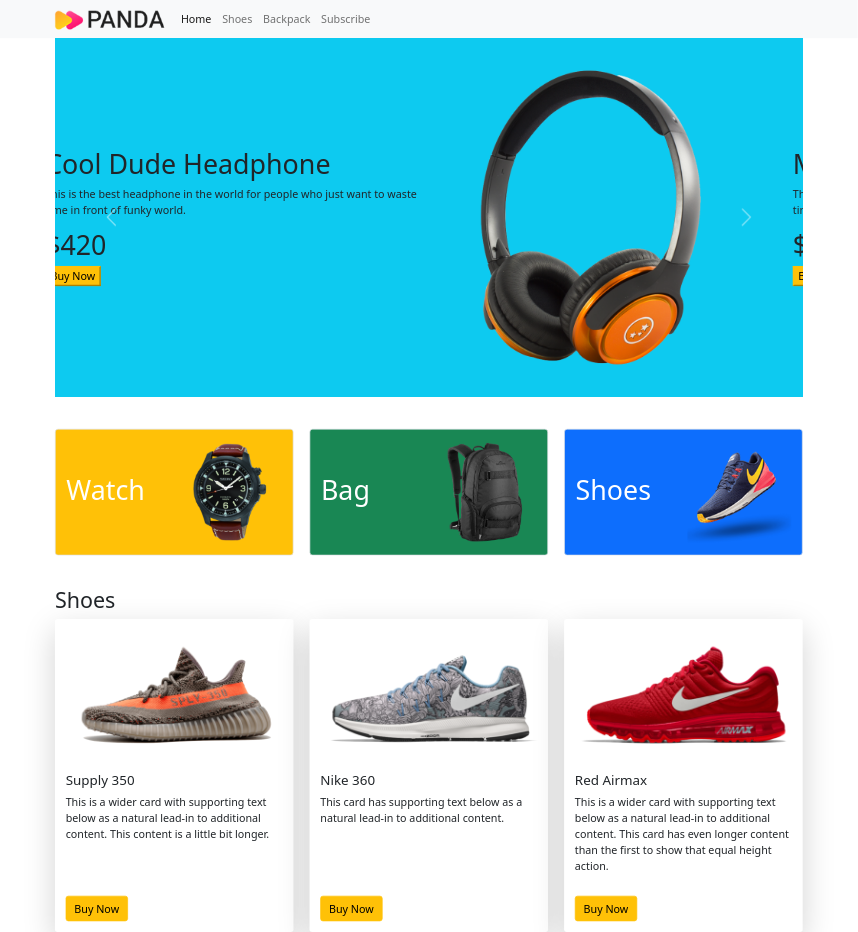
Repository: mdmohiddin/panda-commerce-rp
Page: index.html
An editor plug-in stored every save of this project. The page is shown before and after the next save, followed by the edit.
The browser window is 1280 px wide. The pictures show the whole page, at 67% of full size.

Above is the page before, as saved 2021-07-28 18:45:29.

### index.html
<!DOCTYPE html>
<html lang="en">
<head>
    <meta charset="UTF-8">
    <meta http-equiv="X-UA-Compatible" content="IE=edge">
    <meta name="viewport" content="width=device-width, initial-scale=1.0">
    <title>panda-commerce</title>
    <!-- Bootstrap Stylesheet -->
    <link href="https://cdn.jsdelivr.net/npm/bootstrap@5.0.2/dist/css/bootstrap.min.css" rel="stylesheet" integrity="sha384-EVSTQN3/azprG1Anm3QDgpJLIm9Nao0Yz1ztcQTwFspd3yD65VohhpuuCOmLASjC" crossorigin="anonymous">

</head>
<body>
    <!-- header star -->
    <header>
        <nav class="navbar navbar-expand-lg navbar-light bg-light">
            <div class="container">
              <a class="navbar-brand" href="#">
                <img src="images/logo.png" alt="">
              </a>
              <button class="navbar-toggler" type="button" data-bs-toggle="collapse" data-bs-target="#navbarSupportedContent" aria-controls="navbarSupportedContent" aria-expanded="false" aria-label="Toggle navigation">
                <span class="navbar-toggler-icon"></span>
              </button>
              <div class="collapse navbar-collapse" id="navbarSupportedContent">

                <ul class="navbar-nav me-auto mb-2 mb-lg-0">

                    <li class="nav-item">
                    <a class="nav-link active" aria-current="page" href="#">Home</a>
                  </li>

                  <li class="nav-item">
                    <a class="nav-link" href="#">Shoes</a>
                  </li>

                  <li class="nav-item">
                    <a class="nav-link" href="#">Backpack</a>
                  </li>

                  <li class="nav-item">
                    <a class="nav-link" href="#">Subscribe</a>
                  </li>

                </ul>
              </div>
            </div>
          </nav>

          <!-- image slider -->
          <section class="container">
            <div id="carouselExampleControls" class="carousel slide" data-bs-ride="carousel">

                <div class="carousel-inner">

                    <div class="carousel-item active">

                        <div class="row bg-info p-5 d-flex align-items-center">
                            <div class="col-lg-7">
                                <h1>Cool Dude Headphone</h1>
                                <p>This is the best headphone in the world for people who just want to waste time in front of funky world.</p>
                                <h1>$420</h1>
                                <button class="btn-warning">Buy Now</button>
                            </div>
                            <div class="col-lg-5">
                                <img src="images/banner-images/headphone.png" class="d-block w-100" alt="...">
                            </div>
                        </div>
                  </div>

                  <div class="carousel-item">
                    <div class="row bg-info p-5 d-flex align-items-center">
                        <div class="col-lg-7">
                            <h1>Mega LCD TV For Sports</h1>
                            <p>This is the best headphone in the world for people who just want to waste time in front of funky world.</p>
                            <h1>$420</h1>
                            <button class="btn-warning">Buy Now</button>
                        </div>
                        <div class="col-lg-5">
                            <img src="images/banner-images/tv.png" class="d-block w-100" alt="...">
                        </div>
                    </div>
                  </div>

                  <div class="carousel-item">
                    <div class="row bg-info p-5 d-flex align-items-center">
                        <div class="col-lg-7">
                            <h1>X-Box for your living room</h1>
                            <p>This is the best headphone in the world for people who just want to waste time in front of funky world.</p>
                            <h1>$600</h1>
                            <button class="btn-warning">Buy Now</button>
                        </div>
                        <div class="col-lg-5">
                            <img src="images/banner-images/xbox.png" class="d-block w-100" alt="...">
                        </div>
                    </div>
                  </div>
                </div>
                <button class="carousel-control-prev" type="button" data-bs-target="#carouselExampleControls" data-bs-slide="prev">
                  <span class="carousel-control-prev-icon" aria-hidden="true"></span>
                  <span class="visually-hidden">Previous</span>
                </button>
                <button class="carousel-control-next" type="button" data-bs-target="#carouselExampleControls" data-bs-slide="next">
                  <span class="carousel-control-next-icon" aria-hidden="true"></span>
                  <span class="visually-hidden">Next</span>
                </button>
              </div>
          </section>
    </header>
    <!-- header end -->

    <main>
        <!-- catergories -->
        <section class="container my-5">
                <div class="row g-4">

                  <div class="col-lg-4 col-md-6 col-12">
                    <div class="p-3 border bg-warning d-flex align-items-center d-flex justify-content-between rounded-3">
                        <h1 class="text-white">Watch</h1>
                        <img src="images/categories/watch.png" alt="">
                    </div>
                  </div>

                  <div class="col-lg-4 col-md-6 col-12">
                    <div class="p-3 border bg-success d-flex align-items-center d-flex justify-content-between rounded-3">
                        <h1 class="text-white">Bag</h1>
                        <img src="images/categories/bag.png" alt="">
                    </div>
                  </div>

                  <div class="col-lg-4 col-md-6 col-12">
                    <div class="p-3 border bg-primary d-flex align-items-center d-flex justify-content-between rounded-3">
                        <h1 class="text-white">Shoes</h1>
                        <img src="images/categories/shoes.png" alt="">
                    </div>
                  </div>
                </div>
        </section>

        <!-- Shoes -->
        <section class="container">
            <h2>Shoes</h2>
            <div class="row row-cols-1 row-cols-md-3 g-4">

                <div class="col">
                  <div class="card h-100 border-0 shadow-lg">
                    <img src="images/shoes/shoe-1.png" class="card-img-top" alt="...">
                    <div class="card-body">
                      <h5 class="card-title">Supply 350</h5>
                      <p class="card-text">This is a wider card with supporting text below as a natural lead-in to additional content. This content is a little bit longer.</p>
                    </div>
                    <div class="m-3">
                     <button class="btn btn-warning">Buy Now</button>
                    </div>
                  </div>
                </div>

                <div class="col">
                  <div class="card h-100 border-0 shadow-lg">
                    <img src="images/shoes/shoe-2.png" class="card-img-top" alt="...">
                    <div class="card-body">
                      <h5 class="card-title">Nike 360</h5>
                      <p class="card-text">This card has supporting text below as a natural lead-in to additional content.</p>
                    </div>
                    <div class="m-3">
                      <button class="btn btn-warning">Buy Now</button>
                    </div>
                  </div>
                </div>

                <div class="col">
                  <div class="card h-100 border-0 shadow-lg">
                    <img src="images/shoes/shoe-3.png" class="card-img-top" alt="...">
                    <div class="card-body">
                      <h5 class="card-title">Red Airmax</h5>
                      <p class="card-text">This is a wider card with supporting text below as a natural lead-in to additional content. This card has even longer content than the first to show that equal height action.</p>
                    </div>
                    <div class="m-3">
                     <button class="btn btn-warning">Buy Now</button>
                    </div>
                  </div>
                </div>
              </div>
        </section>
    </main>
    <footer>

    </footer>

    <!-- Bootstrap JS -->
    <script src="https://cdn.jsdelivr.net/npm/bootstrap@5.0.2/dist/js/bootstrap.bundle.min.js" integrity="sha384-MrcW6ZMFYlzcLA8Nl+NtUVF0sA7MsXsP1UyJoMp4YLEuNSfAP+JcXn/tWtIaxVXM" crossorigin="anonymous"></script>
</body>
</html>

After the next save:
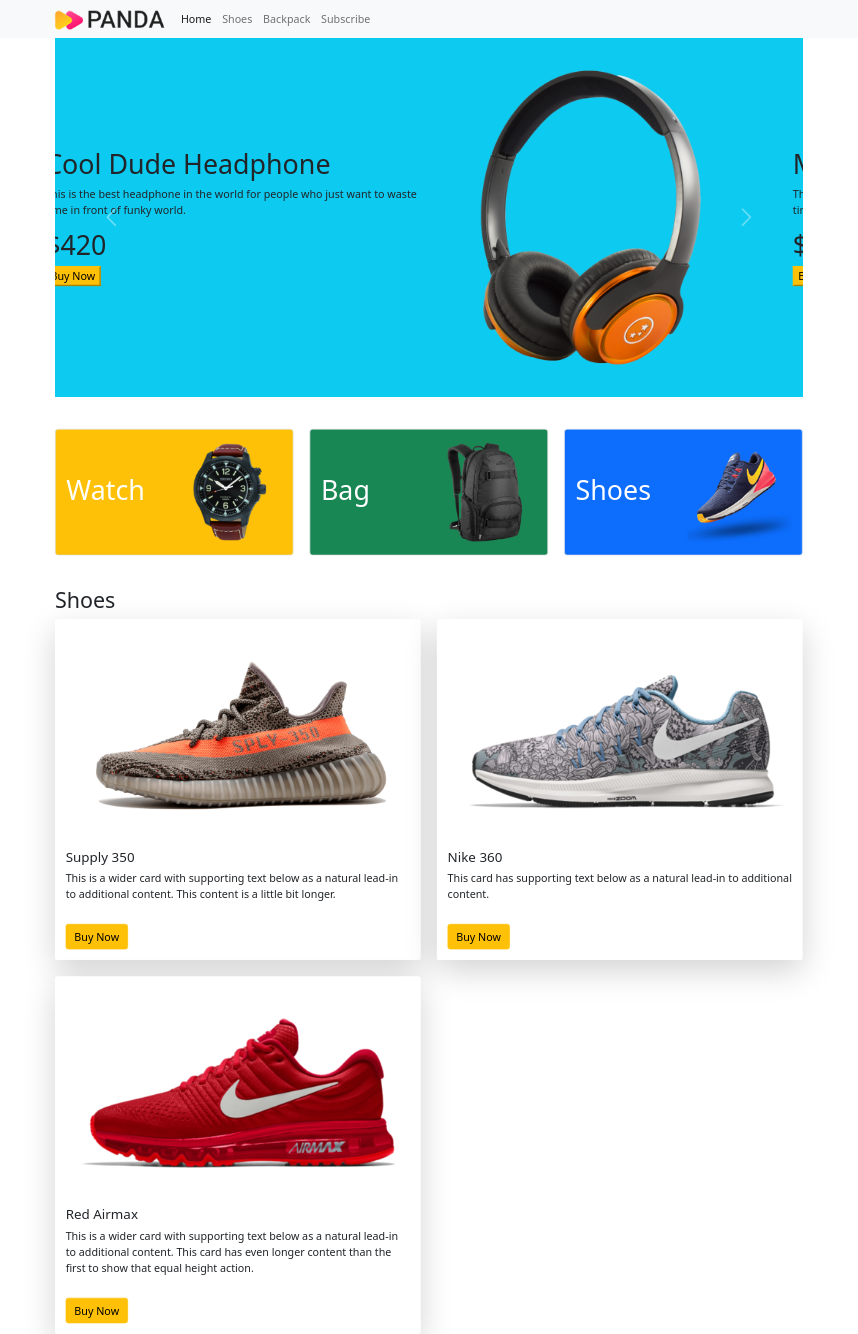
Saved 2 min 29 s later.
--- a/index.html
+++ b/index.html
@@ -138,7 +138,7 @@
         <!-- Shoes -->
         <section class="container">
             <h2>Shoes</h2>
-            <div class="row row-cols-1 row-cols-md-3 g-4">
+            <div class="row row-cols-1 row-cols-md-2 g-4">
 
                 <div class="col">
                   <div class="card h-100 border-0 shadow-lg">

After the save that followed:
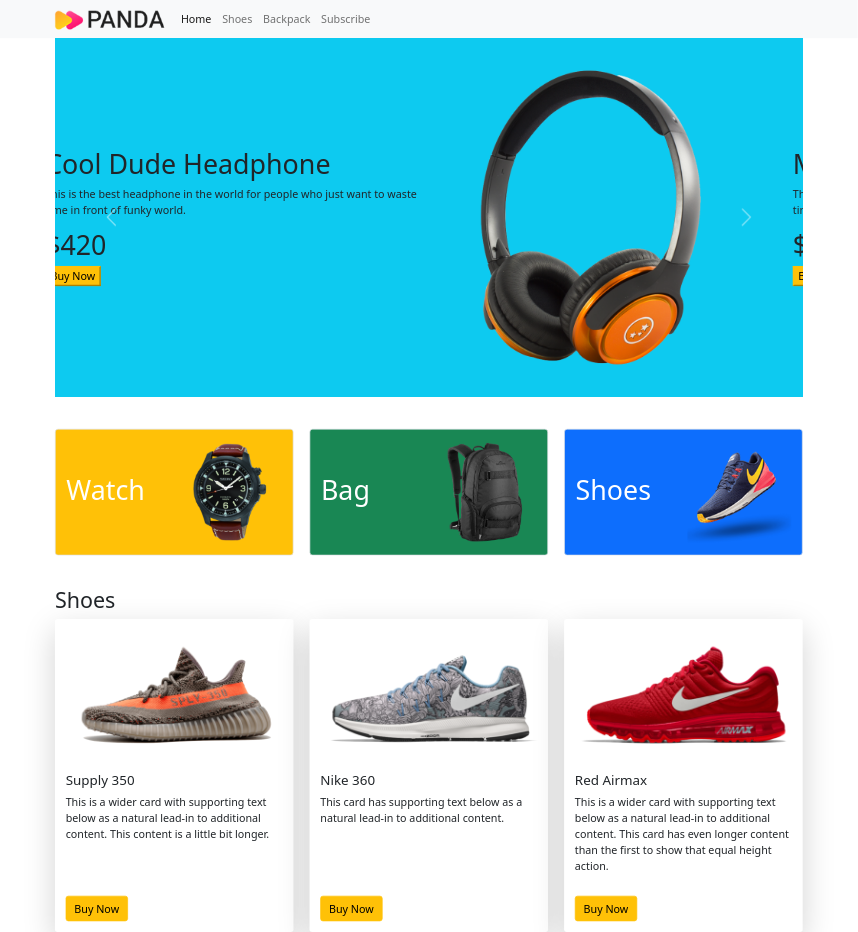
Saved 59 s later.
--- a/index.html
+++ b/index.html
@@ -138,7 +138,7 @@
         <!-- Shoes -->
         <section class="container">
             <h2>Shoes</h2>
-            <div class="row row-cols-1 row-cols-md-2 g-4">
+            <div class="row row-cols-1 row-cols-md-2 row-cols-lg-3 g-4">
 
                 <div class="col">
                   <div class="card h-100 border-0 shadow-lg">
